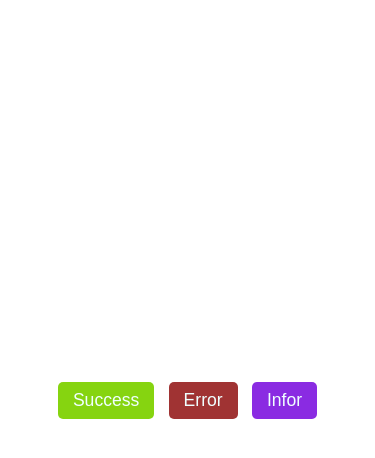
Repository: thuynguyen0964/Toast-Cooler
Page: index.html
These files come from the project's save history. The page is drawn as it stood at one moment and after the next save; the edit follows.
The browser window is 375 px wide. The pictures show the whole page.

Above is the page before, as saved 2023-01-26 21:42:02.

After the next save:
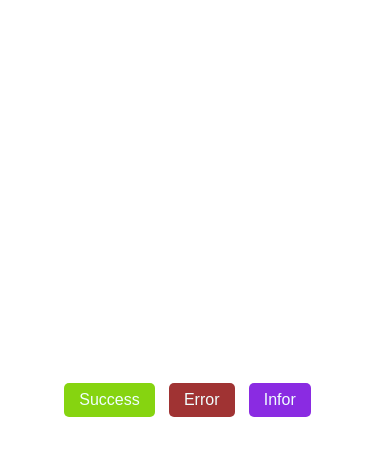
Saved 5 s later.
--- a/app/style.css
+++ b/app/style.css
@@ -106,6 +106,7 @@ body{
         margin-left: 20px;
     }
     .btn{
+        ma
         font-size: 1.1rem;
         padding: 8px 15px;
     }
